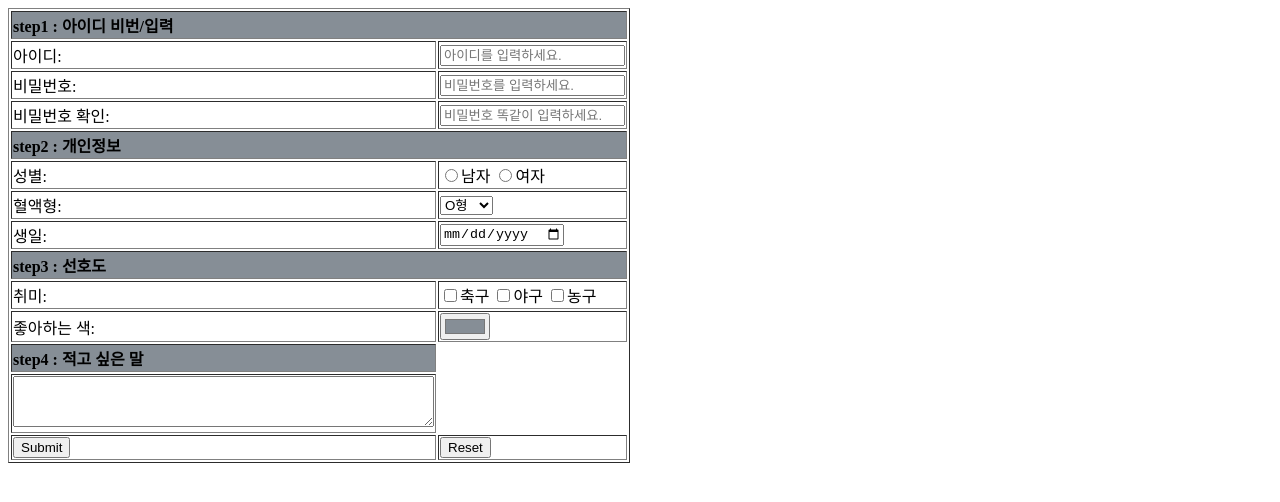
Repository: pillz9408/Jsp-Servlet
Page: jspstudy/day02/src/main/webapp/Lab2Join.html
An editor plug-in stored every save of this project. The page is shown before and after the next save, followed by the edit.
The browser window is 1280 px wide. The pictures show the whole page.

Above is the page before, as saved 2022-10-05 06:32:30.

### jspstudy/day02/src/main/webapp/Lab2Join.html
<!DOCTYPE html>
<html>
<head>
<meta charset="UTF-8">
<title>lab2join</title>
</head>
<body>
<form action="lab2join" method="post">
<table border width="400">
	<tr>
	<td colspan="2" bgcolor="#868e96"><b>step1 : 아이디 비번/입력</b></td>
	</tr>
	<tr>
	<td>아이디:</td><td><input type="text" name="id" placeholder="아이디를 입력하세요."></td>
	</tr>
	<tr>
	<td>비밀번호:</td><td><input type="password" name="pass" placeholder="비밀번호를 입력하세요."></td>
	</tr>
	<tr>
	<td>비밀번호 확인:</td><td><input type="password" name="passcheck" placeholder="비밀번호 똑같이 입력하세요."> </td>
	</tr>
	<tr>
	<td colspan="2" bgcolor="#868e96"><b>step2 : 개인정보</b></td>
	</tr>
	<tr>
	<td>성별:</td><td><input type="radio"name="gender" value="남자">남자
	<input type="radio"name="gender" value="여자">여자</td>
	</tr>
	<tr>
	<td>혈액형:</td><td><select name='btype'>
		<option value="o">O형
		<option value="A">A형
		<option value="B">B형
		<option value="AB">AB형
		</select>
		</td>
	</tr>
	<tr>
	<td>생일: </td><td><input type="date" name="date" placeholder="년년년년-월월-일일"></td>
	</tr>
	<tr>
	<td colspan="2" bgcolor="#868e96"><b>step3 : 선호도</b></td>
	</tr>
	<tr>
	<td>취미:</td><td><input type="checkbox" name="hobby" value="축구">축구
	<input type="checkbox" name="hobby" value="야구">야구
	<input type="checkbox" name="hobby" value="농구">농구
	</td>
	</tr>
	<tr>
	<td>좋아하는 색:</td><td><input type="color" name="color" value="#868e96"></td>
	</tr>
	<tr>
	<td bgcolor="#868e96"><b>step4 : 적고 싶은 말</b></td>
	</tr>
	<tr>
	<td><textarea name="writes" rows="3" cols="50"></textarea>
	</tr>
	<tr>
	<td><input type="submit" name="제출"></td><td><input type="reset" name="초기화"></td>
	</tr>
</table>
</form>
</body>
</html>

After the next save:
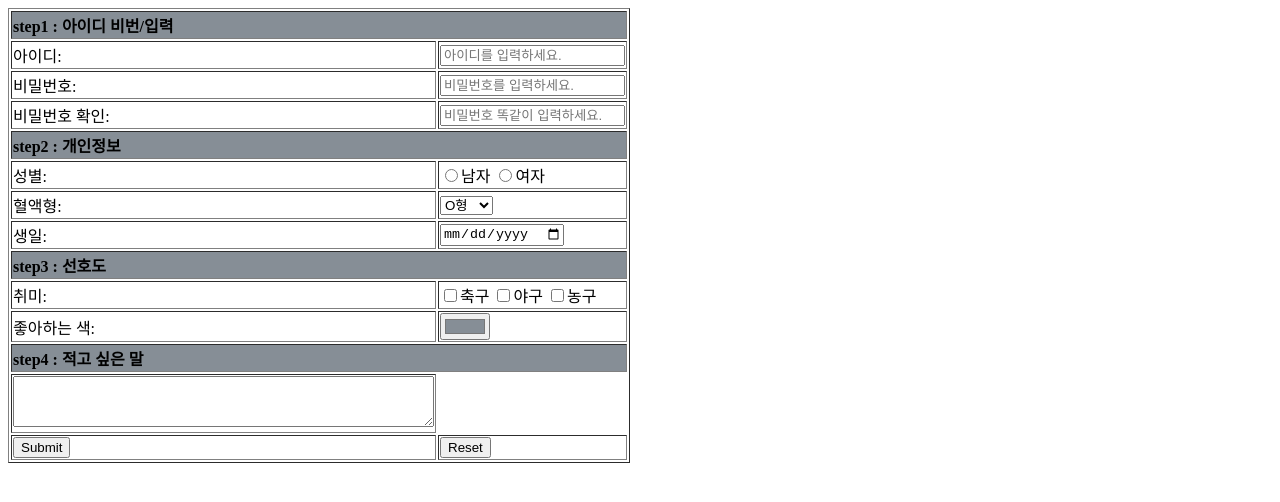
Saved 6 s later.
--- a/jspstudy/day02/src/main/webapp/Lab2Join.html
+++ b/jspstudy/day02/src/main/webapp/Lab2Join.html
@@ -51,7 +51,7 @@
 	<td>좋아하는 색:</td><td><input type="color" name="color" value="#868e96"></td>
 	</tr>
 	<tr>
-	<td bgcolor="#868e96"><b>step4 : 적고 싶은 말</b></td>
+	<td colspan="2" bgcolor="#868e96"><b>step4 : 적고 싶은 말</b></td>
 	</tr>
 	<tr>
 	<td><textarea name="writes" rows="3" cols="50"></textarea>
